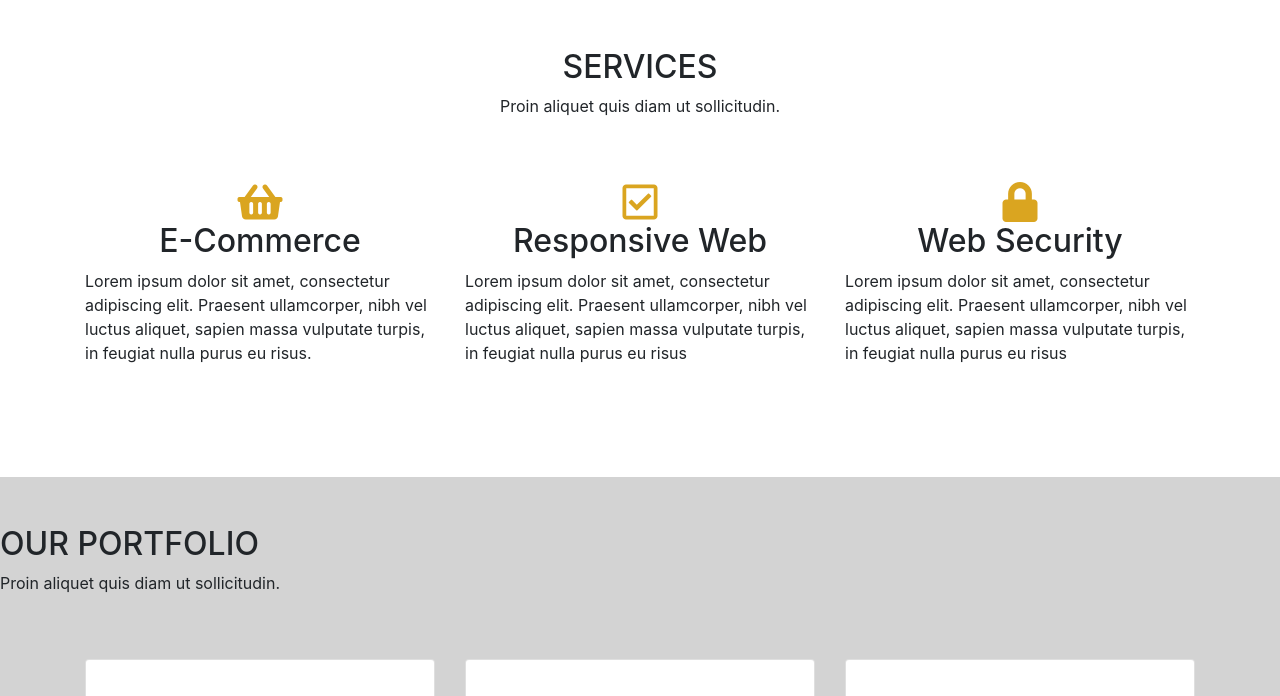
Repository: arek-adamik/golden-webpage
Page: index.html
An editor plug-in stored every save of this project. The page is shown before and after the next save, followed by the edit.
The browser window is 1280 px wide. The pictures show the part of the page from y = 630 to 1326 px (the page is 2328 px tall).
Pictures or frames that could not be fetched are drawn as grey boxes. Some web fonts or font styles are not loaded; a fallback is used. Some web libraries are served in a nearby version. The style sheet was rebuilt from its Sass, Less or Tailwind sources for each picture, by a compiler version that may differ from the author's.

Above is the page before, as saved 2021-05-04 16:00:36.

After the next save:
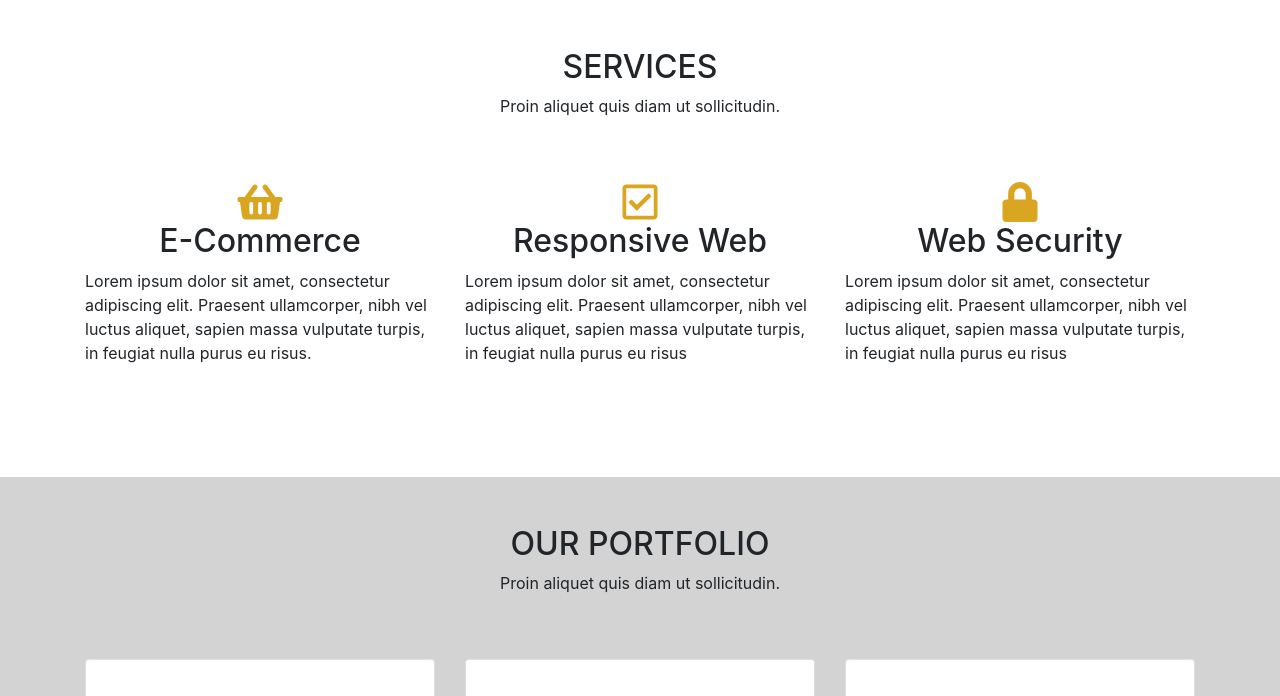
Saved 91 s later.
--- a/sass/style.scss
+++ b/sass/style.scss
@@ -122,6 +122,9 @@ body {
 .our-portfolio {
     background-color: lightgray;
 }
+.section-subtitle, .services-text{
+    text-align: center;
+}
 .card-body {
     img {
         width: 100%;
